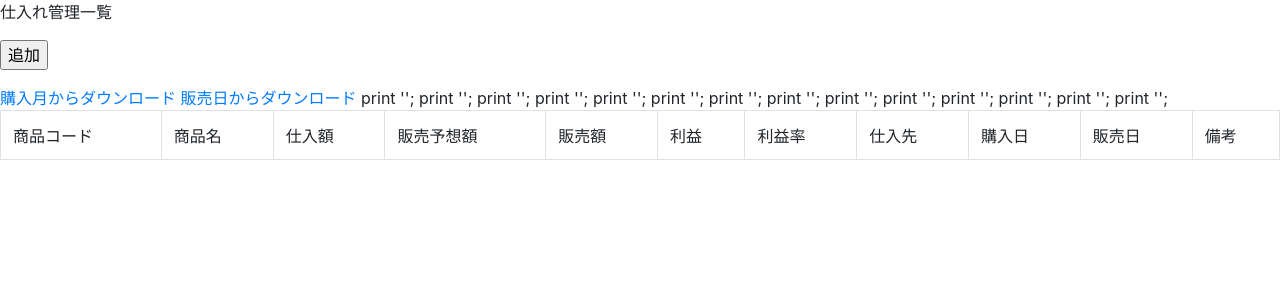
Repository: hayashikazuki/quroud9
Page: http://localhost/hurugi_keisan/product/hurugi_list.php
The author's editor kept a record of every edit. The page is drawn from the files as they stood at one moment, then again after the next edit.
The browser window is 1280 px wide. The pictures show the whole page.
The page is run by PHP 8.4 with error messages shown; the project is at /var/www/html/. Queries for data that is not in the repository find no rows.

Above is the page before.

After the next edit:
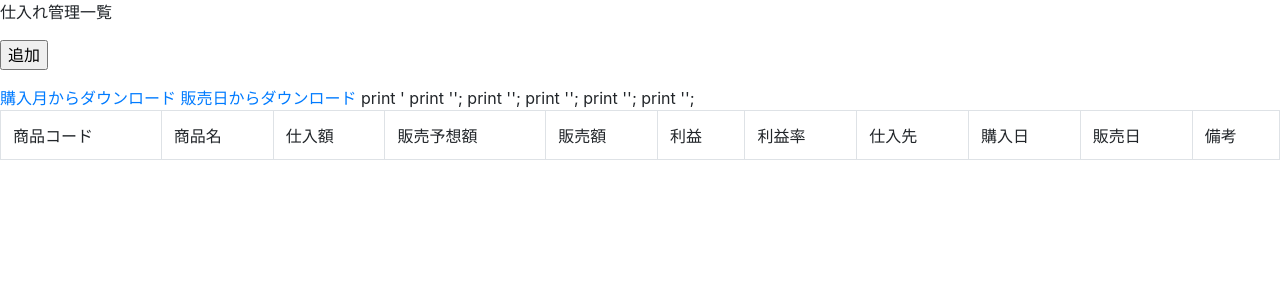
The edit:
--- a/hurugi_keisan/product/hurugi_list.php
+++ b/hurugi_keisan/product/hurugi_list.php
@@ -32,15 +32,15 @@
     <a href="hurugi_download.php">購入月からダウンロード</a>
     <a href="saledate_download.php">販売日からダウンロード</a>
 
-    print '<table class="table table-bordered">';
-    print '<tr>';
-    print '<td>商品コード</td>';
-    print '<td>商品名</td>';
-    print '<td>仕入額</td>';
-    print '<td>販売予想額</td>';
-    print '<td>販売額</td>';
-    print '<td>利益</td>';
-    print '<td>利益率</td>';
+    <table class="table table-bordered">
+    <tr>
+    <td>商品コード</td>
+    <td>商品名</td>
+    <td>仕入額</td>
+    <td>販売予想額</td>
+    <td>販売額</td>
+    <td>利益</td>
+    print '<td>利益率</td>
     print '<td>仕入先</td>';
     print '<td>購入日</td>';
     print '<td>販売日</td>';
